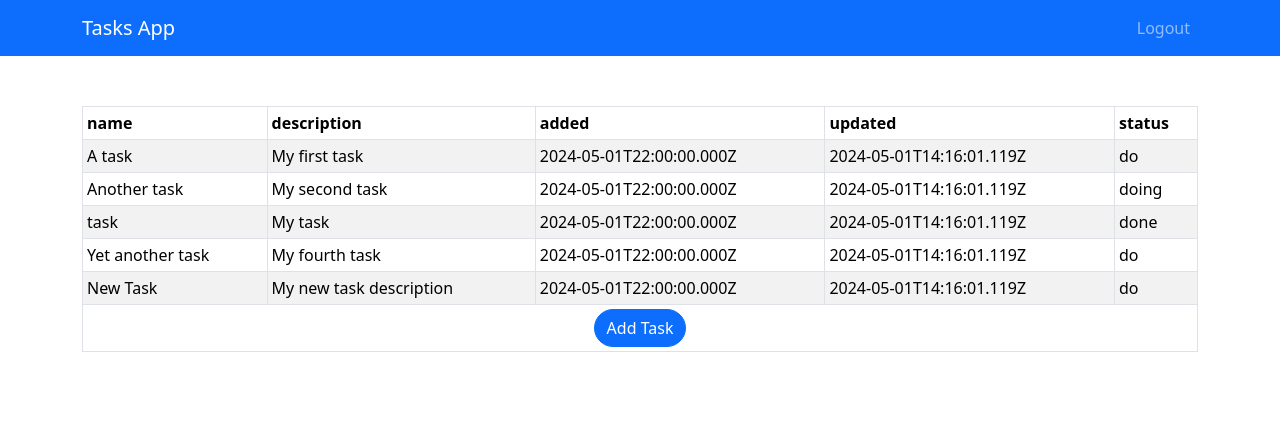
Repository: trider/react-task-app
Page: /tasks
These files come from the project's save history. The page is drawn as it stood at one moment and after the next save; the edit follows.
The browser window is 1280 px wide. The pictures show the whole page.
The project was rebuilt for these pictures with package versions that can differ from the ones it lists, and the page was loaded fresh each time. Also part of the build but not shown: src/pages/Login.js.

Above is the page before, as saved 2024-05-02 18:10:45.

After the next save:
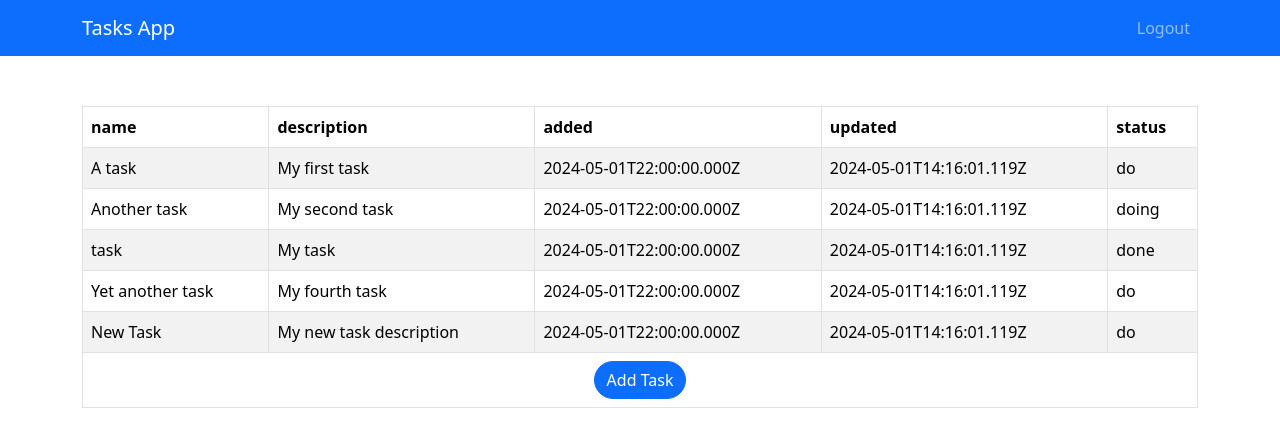
Saved 24 s later.
--- a/src/pages/Task.js
+++ b/src/pages/Task.js
@@ -78,7 +78,7 @@ const tableCols = [
 const TaskTable = () => {
   return (
     <div>
-      <Table striped bordered hover size="sm">
+      <Table striped bordered hover size="lg">
       <thead>
         <tr>
           {tableCols.map((col) => (
